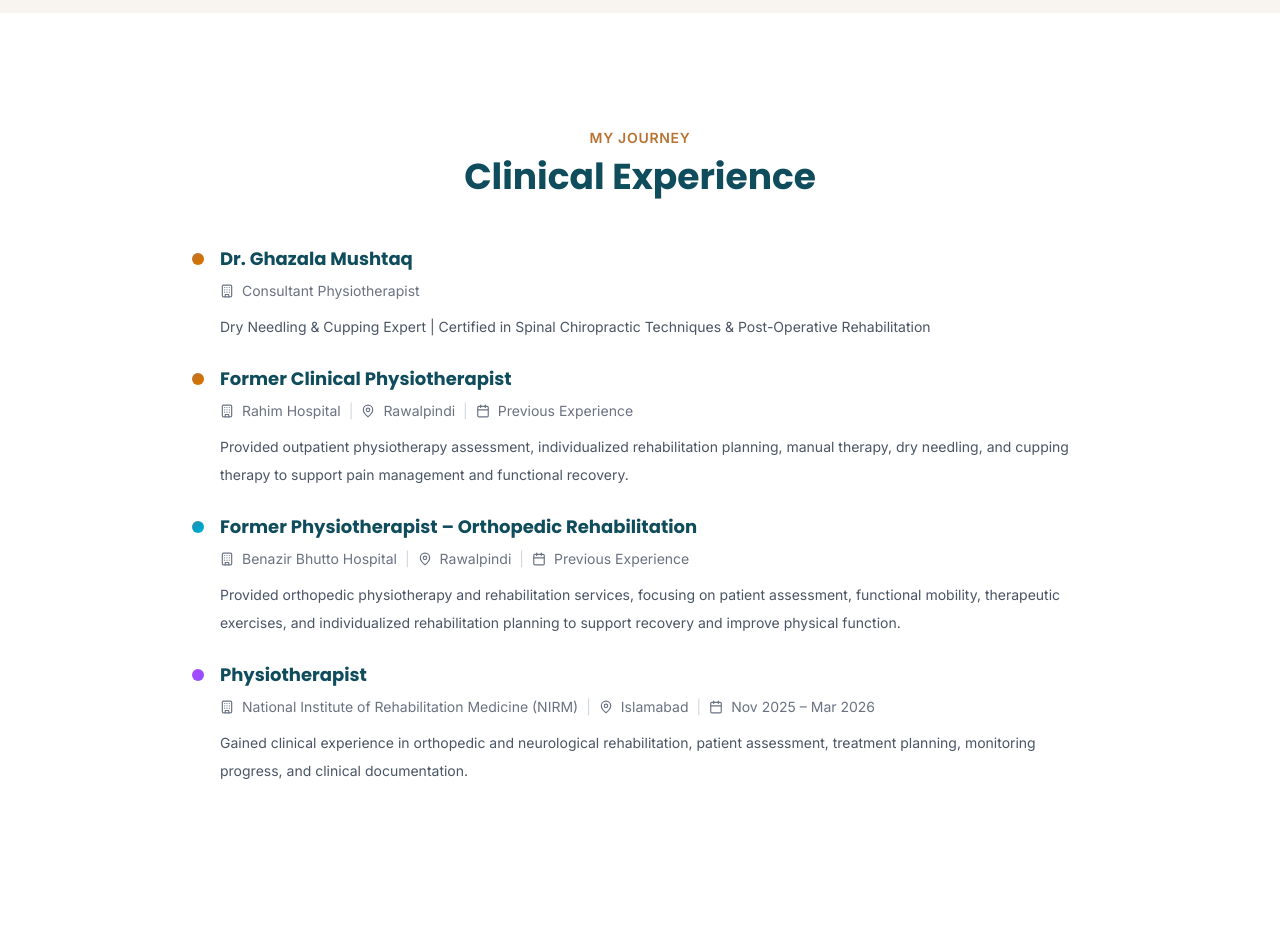
Repository: DaniGull01/dr_ghazala_mushtaq
Page: /
The author's editor kept a copy of each file at every save. The page is drawn from the files as they stood at one save, then again after the next save.
The browser window is 1280 px wide. The pictures show the part of the page from y = 1717 to 2669 px (the page is 12307 px tall before and 12187 px after).
The project was rebuilt for these pictures with package versions that can differ from the ones it lists, and the page was loaded fresh each time. Also part of the build but not shown: vite.config.js.

Above is the page before, as saved 2026-10-21 19:46:46.

### index.html
<!doctype html>
<html lang="en">
  <head>
    <meta charset="UTF-8" />
    <link rel="icon" type="image/svg+xml" href="/vite.svg" />
    <meta name="viewport" content="width=device-width, initial-scale=1.0" />
    <meta name="description" content="Dr. Ghazala Mushtaq - Doctor of Physical Therapy (DPT). Specializing in musculoskeletal, orthopedic, neurological and pediatric rehabilitation." />
    <meta name="keywords" content="physiotherapist, physical therapy, DPT, rehabilitation, Islamabad, Rawalpindi" />
    <link rel="preconnect" href="https://fonts.googleapis.com" />
    <link rel="preconnect" href="https://fonts.gstatic.com" crossorigin />
    <link href="https://fonts.googleapis.com/css2?family=Inter:wght@300;400;500;600;700&family=Poppins:wght@400;500;600;700;800&display=swap" rel="stylesheet" />
    <title>Dr. Ghazala Mushtaq | Doctor of Physical Therapy</title>
  </head>
  <body>
    <div id="root"></div>
    <script type="module" src="/src/main.jsx"></script>
  </body>
</html>

### src/App.jsx
import Navbar from './components/Navbar'
import Hero from './components/Hero'
import About from './components/About'
import Expertise from './components/Expertise'
import Services from './components/Services'
import Experience from './components/Experience'
import Certifications from './components/Certifications'
import Research from './components/Research'
import Skills from './components/Skills'
import Achievements from './components/Achievements'
import WhyChooseMe from './components/WhyChooseMe'
import CTA from './components/CTA'
import Contact from './components/Contact'
import Footer from './components/Footer'
import Reviews from './components/Reviews'

export default function App() {
  return (
    <div className="min-h-screen bg-white">
      <Navbar />
      <Hero />
      <About />
      <Experience />
      <Expertise />
      <Services />

      <Certifications />
      <Research />
      <Skills />
      <Achievements />
      <WhyChooseMe />
       <Reviews/>
      <CTA />
      <Contact />
      <Footer />
    </div>
  )
}

### src/index.css
@import "tailwindcss";

@theme {
  --color-deep-teal: #0F4C5C;
  --color-medical-blue: #2E86AB;
  --color-warm-copper: #B87333;
  --color-light-cream: #F8F5F0;
  --color-soft-gray: #6B7280;

  --font-heading: 'Poppins', sans-serif;
  --font-body: 'Inter', sans-serif;
}

html {
  scroll-behavior: smooth;
}

body {
  font-family: var(--font-body);
  color: #1f2937;
}

::-webkit-scrollbar {
  width: 8px;
}

::-webkit-scrollbar-track {
  background: #f1f1f1;
}

::-webkit-scrollbar-thumb {
  background: var(--color-medical-blue);
  border-radius: 4px;
}

::selection {
  background: var(--color-medical-blue);
  color: white;
}

### src/components/About.jsx
import { motion } from 'framer-motion'
import { Quote } from 'lucide-react'

const fadeUp = {
  hidden: { opacity: 0, y: 40 },
  visible: { opacity: 1, y: 0 },
}

export default function About() {
  return (
    <section id="about" className="py-20 lg:py-28 bg-light-cream">
      <div className="max-w-7xl mx-auto px-4 sm:px-6 lg:px-8">
        <div className="grid lg:grid-cols-2 gap-12 lg:gap-16 items-center">
          {/* Left - Image Placeholder */}
          <motion.div
            initial="hidden"
            whileInView="visible"
            viewport={{ once: true, margin: '-100px' }}
            variants={fadeUp}
            transition={{ duration: 0.6 }}
            className="relative"
          >
            <div className="relative rounded-3xl overflow-hidden shadow-2xl">
              <div className="w-full h-[500px]">
                <img
                  src="./1000512109.jpg"
                  alt="Dr. Ghazala Mushtaq"
                  className="w-full h-full object-contain"
                />
                {/* Gradient overlay */}

              </div>
            </div>
            {/* Decorative elements */}
            <div className="absolute -bottom-4 -right-4 w-24 h-24 border-2 border-warm-copper/30 rounded-2xl -z-10" />
            <div className="absolute -top-4 -left-4 w-24 h-24 bg-warm-copper/10 rounded-2xl -z-10" />
          </motion.div>

          {/* Right - Content */}
          <motion.div
            initial="hidden"
            whileInView="visible"
            viewport={{ once: true, margin: '-100px' }}
            variants={fadeUp}
            transition={{ duration: 0.6, delay: 0.2 }}
          >
            <span className="text-warm-copper font-semibold text-sm tracking-wider uppercase">About Doctor</span>
            <h2 className="text-3xl lg:text-4xl font-heading font-bold text-deep-teal mt-2 mb-6">
              Meet Dr. Ghazala Mushtaq
            </h2>
            <p className="text-gray-600 leading-relaxed mb-6">
             Dr. Ghazala Mushtaq is a Doctor of Physical Therapy (DPT) and Consultant Physiotherapist dedicated to providing patient-centered physiotherapy and rehabilitation services. She focuses on helping individuals improve mobility, manage pain, restore physical function, and enhance their quality of life through individualized rehabilitation plans and evidence-informed clinical care.
            </p>
            <p className="text-gray-600 leading-relaxed mb-8">
              She has professional experience in hospital-based physiotherapy and clinical practice, along with specialized training in dry needling and cupping therapy. Her approach emphasizes appropriate assessment, personalized treatment, patient education, and functional recovery.
            </p>

            <div className="grid grid-cols-2 gap-4">
              {[
                'Musculoskeletal Rehabilitation',
                'Orthopedic Rehabilitation',
                'Pediatric Rehabilitation',
                'Neurological Rehabilitation',
                'Post-Operative Care',
                'Pain Management',
              ].map((item, i) => (
                <motion.div
                  key={item}
                  initial={{ opacity: 0, x: -20 }}
                  whileInView={{ opacity: 1, x: 0 }}
                  viewport={{ once: true }}
                  transition={{ delay: 0.3 + i * 0.1 }}
                  className="flex items-center gap-2 text-gray-700"
                >
                  <div className="w-2 h-2 rounded-full bg-warm-copper flex-shrink-0" />
                  <span className="text-sm">{item}</span>
                </motion.div>
              ))}
            </div>
          </motion.div>
        </div>
      </div>
    </section>
  )
}

### src/components/Experience.jsx

import { Building, MapPin, Calendar } from 'lucide-react'

const experiences = [
   {
    title: 'Dr. Ghazala Mushtaq',
    org: 'Consultant Physiotherapist',
    location: '',
    period: '',
    description:
      'Dry Needling & Cupping Expert | Certified in Spinal Chiropractic Techniques & Post-Operative Rehabilitation',
    color: 'from-warm-copper to-amber-600',
  },
  {
    period: 'Previous Experience',
    title: 'Former Clinical Physiotherapist',
    org: 'Rahim Hospital',
    location: 'Rawalpindi',
    description:
      'Provided outpatient physiotherapy assessment, individualized rehabilitation planning, manual therapy, dry needling, and cupping therapy to support pain management and functional recovery.',
    color: 'from-warm-copper to-amber-600',
  },
  {
    period: 'Previous Experience',
    title: 'Former Physiotherapist – Orthopedic Rehabilitation',
    org: 'Benazir Bhutto Hospital',
    location: 'Rawalpindi',
    description:
      'Provided orthopedic physiotherapy and rehabilitation services, focusing on patient assessment, functional mobility, therapeutic exercises, and individualized rehabilitation planning to support recovery and improve physical function.',
    color: 'from-medical-blue to-cyan-500',
  },
  {
    period: 'Nov 2025 – Mar 2026',
    title: 'Physiotherapist',
    org: 'National Institute of Rehabilitation Medicine (NIRM)',
    location: 'Islamabad',
    description:
      'Gained clinical experience in orthopedic and neurological rehabilitation, patient assessment, treatment planning, monitoring progress, and clinical documentation.',
    color: 'from-purple-500 to-violet-500',
  }
]
export default function Experience() {
  return (
    <section id="experience" className="py-20 lg:py-28 bg-white">
      <div className="max-w-7xl mx-auto px-4 sm:px-6 lg:px-8">
        <div className="text-center mb-12">
          <span className="text-warm-copper font-semibold text-sm tracking-wider uppercase">
            My Journey
          </span>

          <h2 className="text-3xl lg:text-4xl font-heading font-bold text-deep-teal mt-2">
            Clinical Experience
          </h2>
        </div>

        <div className="max-w-4xl mx-auto">
          <ul className="space-y-6">
            {experiences.map((exp) => (
              <li key={exp.title} className="flex items-start gap-4">
                <div
                  className={`mt-2 w-3 h-3 rounded-full bg-gradient-to-br ${exp.color} flex-shrink-0`}
                />

                <div className="flex-1">
                  <h3 className="text-lg font-heading font-bold text-deep-teal mb-2">
                    {exp.title}
                  </h3>

                  <div className="flex flex-wrap items-center gap-2 text-gray-500 text-sm mb-3">
                    <Building size={14} />
                    <span>{exp.org}</span>

                    {exp.location && (
                      <>
                        <span className="text-gray-300">|</span>
                        <MapPin size={14} />
                        <span>{exp.location}</span>
                      </>
                    )}

                    {exp.period && (
                      <>
                        <span className="text-gray-300">|</span>
                        <Calendar size={14} />
                        <span>{exp.period}</span>
                      </>
                    )}
                  </div>

                  <p className="text-gray-600 text-sm leading-7">
                    {exp.description}
                  </p>
                </div>
              </li>
            ))}
          </ul>
        </div>
      </div>
    </section>
  )
}

### src/components/CTA.jsx
import { motion } from 'framer-motion'
import { Calendar, MessageCircle } from 'lucide-react'

export default function CTA() {
  return (
    <section className="relative py-24 lg:py-32 overflow-hidden">
      {/* Background */}
      <div className="absolute inset-0 bg-gradient-to-br from-deep-teal via-deep-teal to-medical-blue" />

      {/* Medical Background Image */}
      <div
        className="absolute inset-0 opacity-10"
        style={{
          backgroundImage: "url('https://images.unsplash.com/photo-1576091160399-112ba8d25d1d?w=1920&q=80')",
          backgroundSize: 'cover',
          backgroundPosition: 'center',
        }}
      />

      {/* Abstract Medical Shapes */}
      <div className="absolute inset-0 opacity-10">
        <div className="absolute top-10 left-10 w-64 h-64 border border-white/30 rounded-full" />
        <div className="absolute bottom-10 right-10 w-80 h-80 border border-white/20 rounded-full" />
        <div className="absolute top-1/2 left-1/2 -translate-x-1/2 -translate-y-1/2 w-96 h-96 border border-white/10 rounded-full" />
        <div className="absolute top-20 right-20 w-48 h-48 bg-white/10 rounded-full blur-3xl" />
        <div className="absolute bottom-20 left-20 w-56 h-56 bg-warm-copper/20 rounded-full blur-3xl" />
        {/* Cross/plus medical symbols */}
        <div className="absolute top-1/4 left-1/4 text-white/20 text-6xl font-light">+</div>
        <div className="absolute bottom-1/4 right-1/4 text-white/20 text-6xl font-light">+</div>
      </div>

      <div className="relative max-w-4xl mx-auto px-4 sm:px-6 lg:px-8 text-center">
        <motion.div
          initial={{ opacity: 0, y: 30 }}
          whileInView={{ opacity: 1, y: 0 }}
          viewport={{ once: true }}
          transition={{ duration: 0.6 }}
        >
          <h2 className="text-3xl sm:text-4xl lg:text-5xl font-heading font-bold text-white mb-6 leading-tight">
            Start Your Recovery Journey Today
          </h2>
          <p className="text-gray-200 text-lg max-w-2xl mx-auto mb-10 leading-relaxed">
            Take the first step toward a pain-free, active lifestyle. Book your consultation now and experience personalized physiotherapy care.
          </p>
          <div className="flex flex-wrap justify-center gap-4">
            <a
              href="#contact"
              className="inline-flex items-center gap-2 bg-warm-copper hover:bg-warm-copper/90 text-white px-8 py-3.5 rounded-full font-semibold text-base transition-all hover:shadow-xl hover:shadow-warm-copper/30"
            >
              <Calendar size={18} />
              Book Appointment
            </a>
            <a
              href="https://wa.me/923188910400"
              target="_blank"
              rel="noopener noreferrer"
              className="inline-flex items-center gap-2 bg-white/10 hover:bg-white/20 text-white px-8 py-3.5 rounded-full font-semibold text-base transition-all border border-white/30"
            >
              <MessageCircle size={18} />
              WhatsApp Consultation
            </a>
          </div>
        </motion.div>
      </div>
    </section>
  )
}

### src/components/Reviews.jsx
import { motion } from 'framer-motion'
import ReviewsList from './ReviewsList'
import ReviewForm from './ReviewForm'

export default function Reviews() {
  return (
    <section id="reviews" className="py-20 lg:py-28 bg-light-cream">
      <div className="max-w-7xl mx-auto px-4 sm:px-6 lg:px-8">
        <motion.div
          initial={{ opacity: 0, y: 30 }}
          whileInView={{ opacity: 1, y: 0 }}
          viewport={{ once: true }}
          transition={{ duration: 0.6 }}
          className="text-center mb-16"
        >
          <span className="text-warm-copper font-semibold text-sm tracking-wider uppercase">
            Patient Feedback
          </span>
          <h2 className="text-3xl lg:text-4xl font-heading font-bold text-deep-teal mt-2">
            What Patients Say
          </h2>
          <p className="text-gray-500 mt-4 max-w-2xl mx-auto">
            Real experiences from people who've completed treatment
          </p>
        </motion.div>

        <div className="grid lg:grid-cols-5 gap-8 items-start">
          {/* Reviews take more visual weight — social proof first */}
          <div className="lg:col-span-3">
            <ReviewsList />
          </div>
          <div className="lg:col-span-2 lg:sticky lg:top-24">
            <ReviewForm />
          </div>
        </div>
      </div>
    </section>
  )
}

Loaded but not shown: src/main.jsx (common file); src/components/Contact.jsx (258 lines, source omitted); src/components/Services.jsx (236 lines, source omitted); src/components/ReviewsList.jsx (208 lines, source omitted); src/components/ReviewForm.jsx (196 lines, source omitted); src/components/Hero.jsx (137 lines, source omitted); src/components/Navbar.jsx (142 lines, source omitted); src/components/Expertise.jsx (134 lines, source omitted); src/components/Achievements.jsx (101 lines, source omitted); src/components/Footer.jsx (106 lines, source omitted); src/components/Certifications.jsx (111 lines, source omitted); src/components/Research.jsx (82 lines, source omitted); src/components/WhyChooseMe.jsx (90 lines, source omitted); src/components/Skills.jsx (96 lines, source omitted)

After the next save:
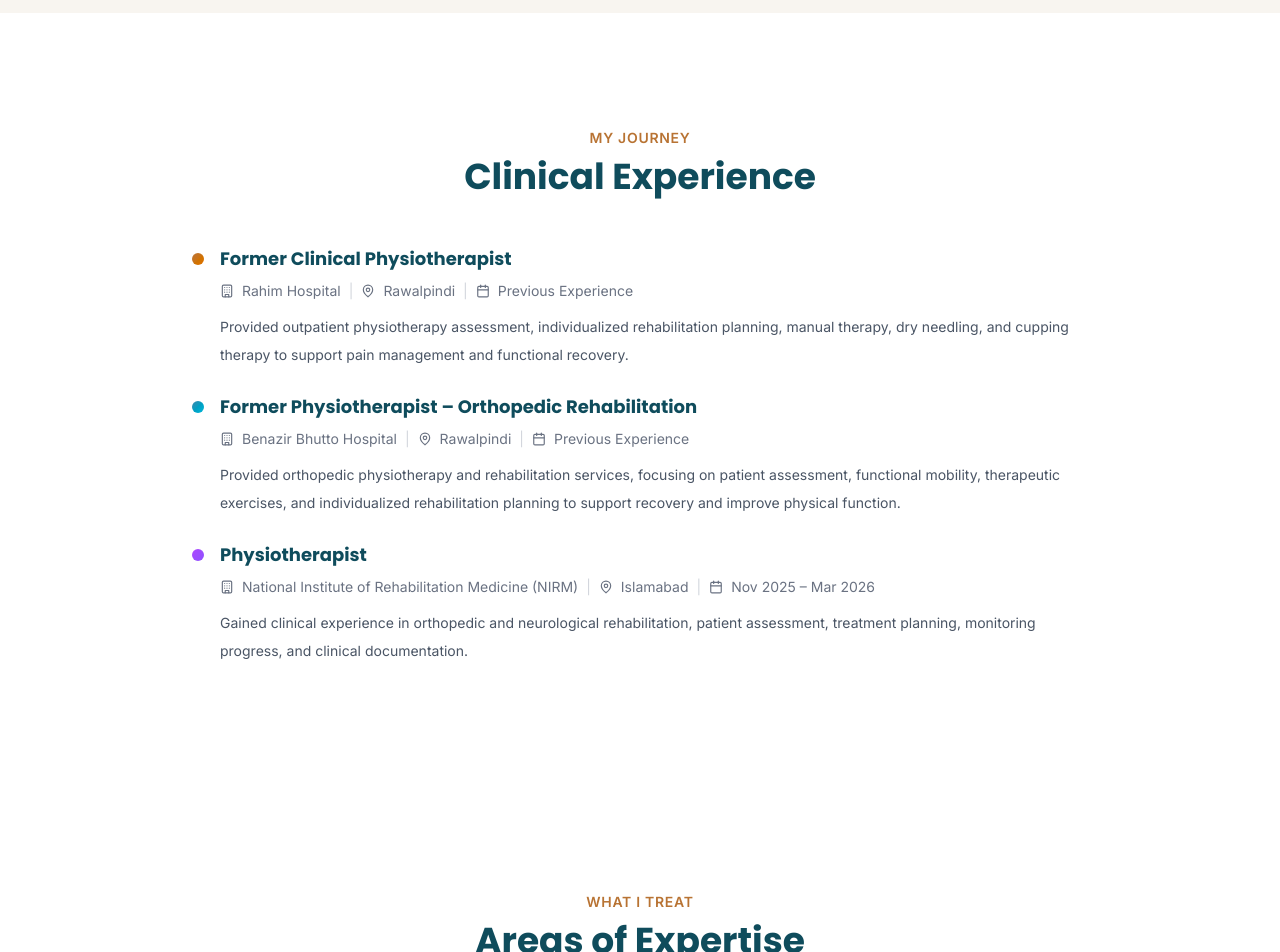
Saved 24 s later.
--- a/src/components/Experience.jsx
+++ b/src/components/Experience.jsx
@@ -2,15 +2,7 @@
 import { Building, MapPin, Calendar } from 'lucide-react'
 
 const experiences = [
-   {
-    title: 'Dr. Ghazala Mushtaq',
-    org: 'Consultant Physiotherapist',
-    location: '',
-    period: '',
-    description:
-      'Dry Needling & Cupping Expert | Certified in Spinal Chiropractic Techniques & Post-Operative Rehabilitation',
-    color: 'from-warm-copper to-amber-600',
-  },
+
   {
     period: 'Previous Experience',
     title: 'Former Clinical Physiotherapist',

After the save that followed:
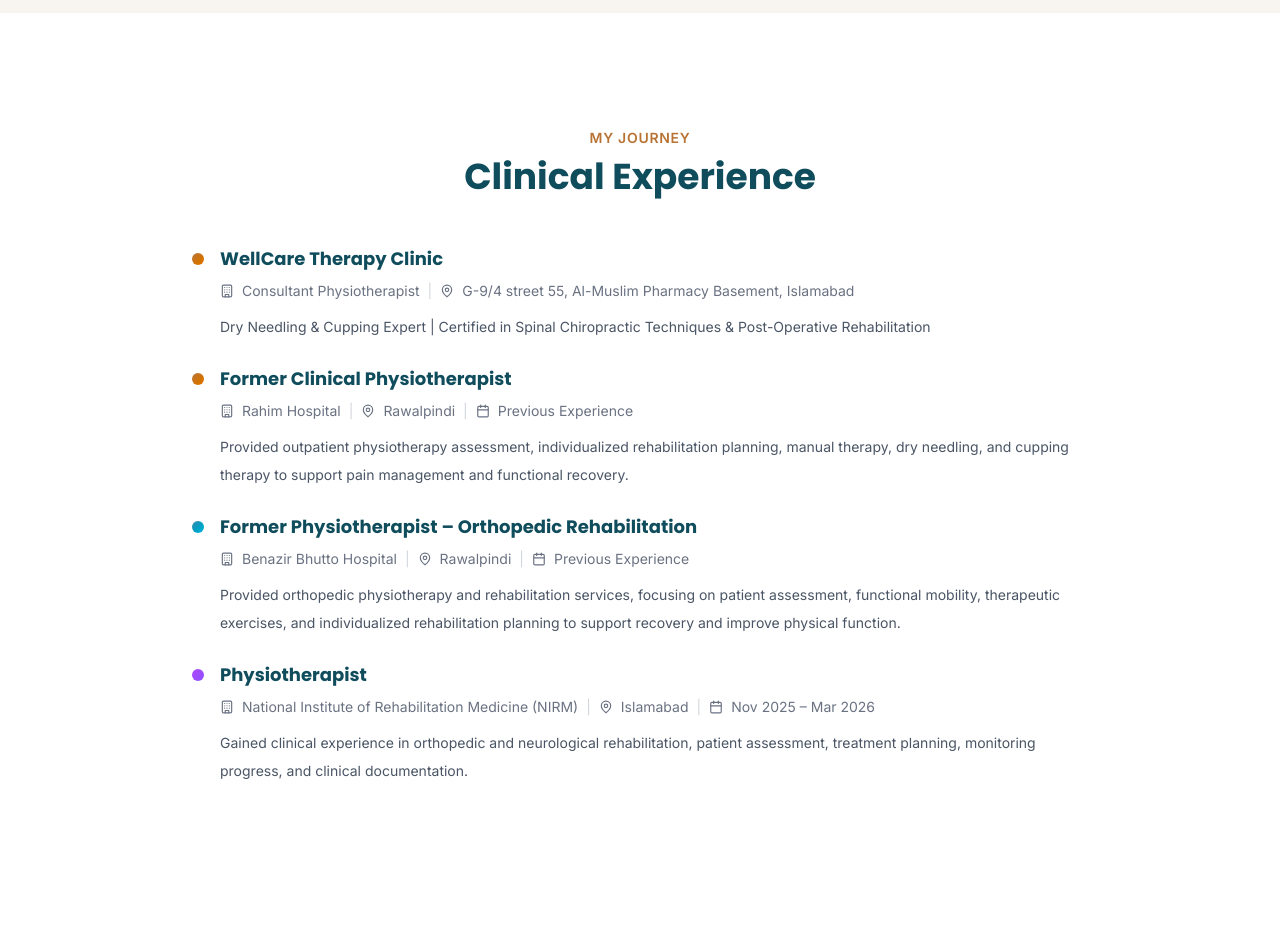
Saved 83 s later.
--- a/src/components/Experience.jsx
+++ b/src/components/Experience.jsx
@@ -2,7 +2,15 @@
 import { Building, MapPin, Calendar } from 'lucide-react'
 
 const experiences = [
-
+   {
+    title: 'WellCare Therapy Clinic',
+    org: 'Consultant Physiotherapist',
+    location: 'G-9/4 street 55, Al-Muslim Pharmacy Basement, Islamabad',
+    period: '',
+    description:
+      'Dry Needling & Cupping Expert | Certified in Spinal Chiropractic Techniques & Post-Operative Rehabilitation',
+    color: 'from-warm-copper to-amber-600',
+  },
   {
     period: 'Previous Experience',
     title: 'Former Clinical Physiotherapist',
